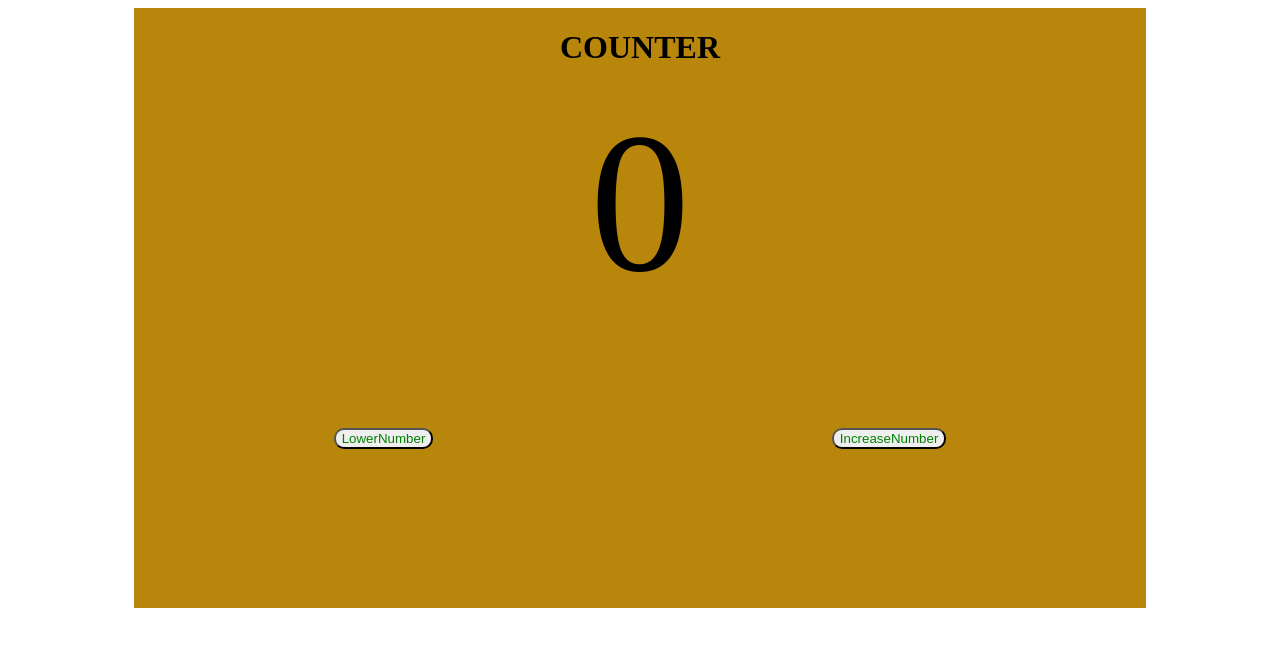
Repository: Sgalstyan06/counterNum
Page: index.html
An editor plug-in stored every save of this project. The page is shown before and after the next save, followed by the edit.
The browser window is 1280 px wide. The pictures show the whole page.
After loading, the first visible `button.LowerNumber` was clicked once.

Above is the page before, as saved 2022-02-14 17:19:16.

After the next save:
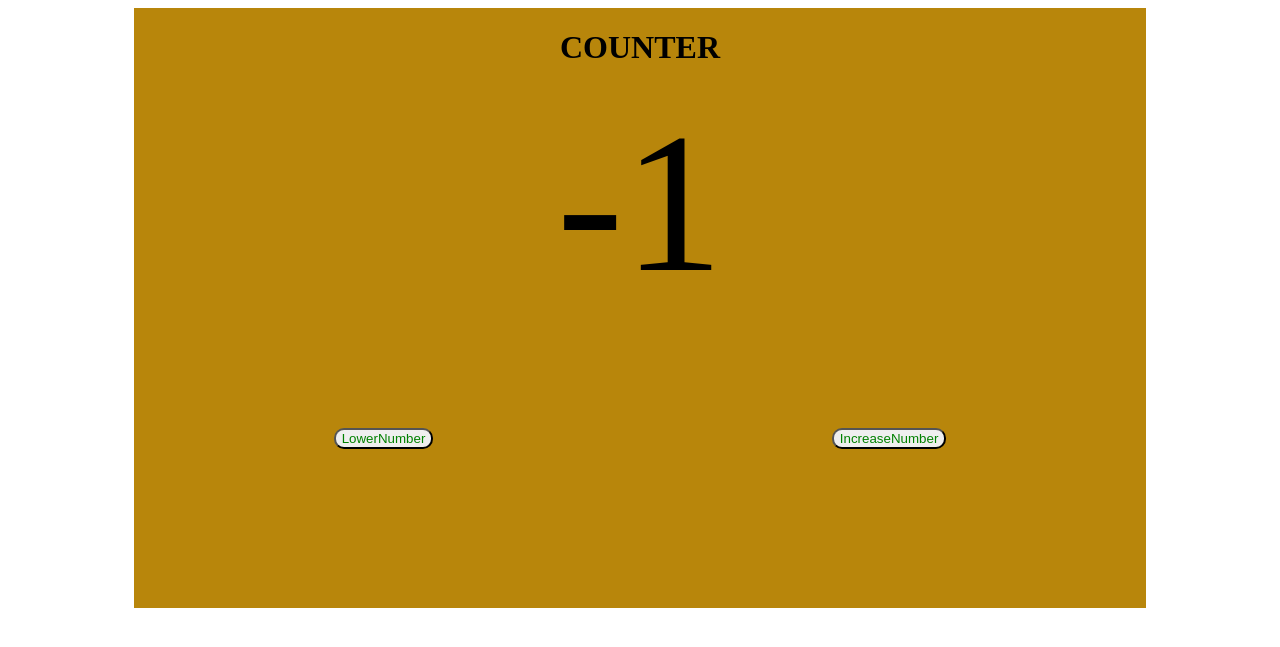
Saved 51 s later.
--- a/script.js
+++ b/script.js
@@ -8,7 +8,7 @@ let increase = document.querySelector(".IncreaseNumber");
 decrease.addEventListener("click",function(){
    // result--;
    console.log(result);
-    result.innerHTML = --result;
+   document.querySelector(".result").innerHTML = --result;
 })
 
 increase.addEventListener("click",function(){
